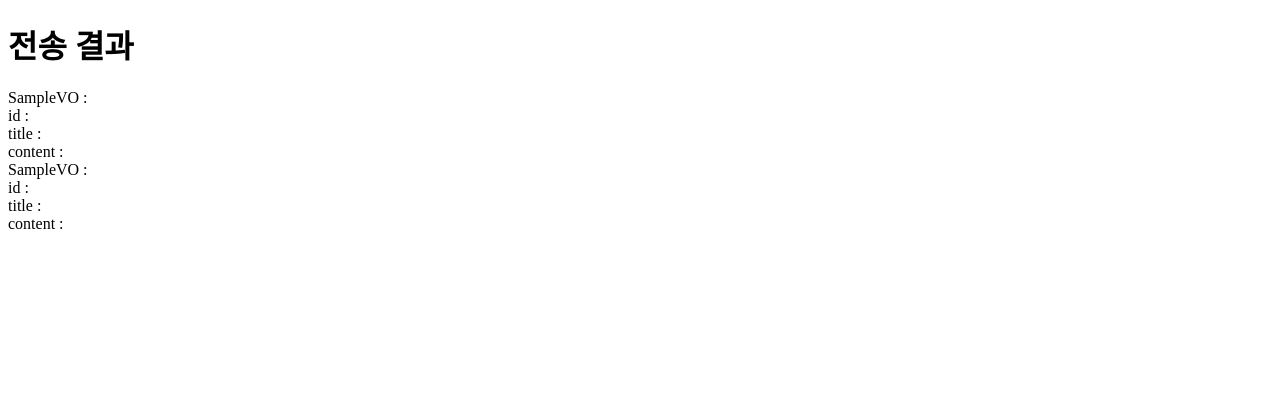
Repository: hanskim431/STS_Study
Page: http://localhost/a_mvc_controller/WEB-INF/views/sample02/sampleResult.jsp
The author's editor kept a copy of each file at every save. The page is drawn from the files as they stood at one save, then again after the next save.
The browser window is 1280 px wide. The pictures show the whole page.
The page is served by Tomcat 9. Nobody is signed in. The template is opened directly, without the code that normally fills it, so the values that code supplies are empty.

Above is the page before, as saved 2023-06-05 04:59:49.

After the next save:
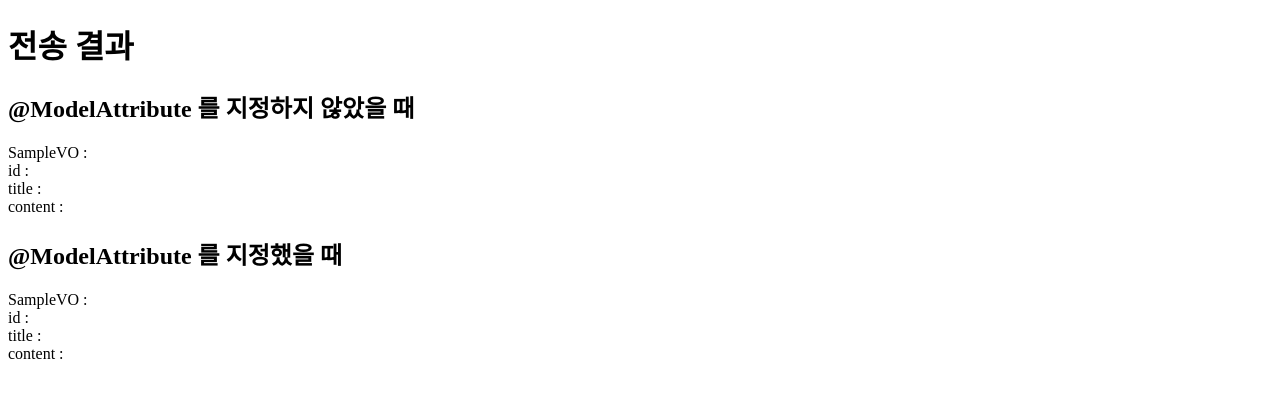
Saved 28 s later.
--- a/a_mvc_controller/src/main/webapp/WEB-INF/views/sample02/sampleResult.jsp
+++ b/a_mvc_controller/src/main/webapp/WEB-INF/views/sample02/sampleResult.jsp
@@ -13,12 +13,13 @@
  -->
 <div class="container">
 	<h1>전송 결과</h1>
-	<h2></h2>
+	<h2>@ModelAttribute 를 지정하지 않았을 때</h2>
 	SampleVO : ${sampleVO} <br>
 	id : ${sampleVO.id} <br> <!-- getId() -->
 	title : ${sampleVO.title} <br> <!-- getTitle() -->
 	content : ${sampleVO.content} <br> <!-- getContent() -->
 
+	<h2>@ModelAttribute 를 지정했을 때</h2>
 	SampleVO : ${svo} <br>
 	id : ${svo.id} <br>
 	title : ${svo.title} <br>
